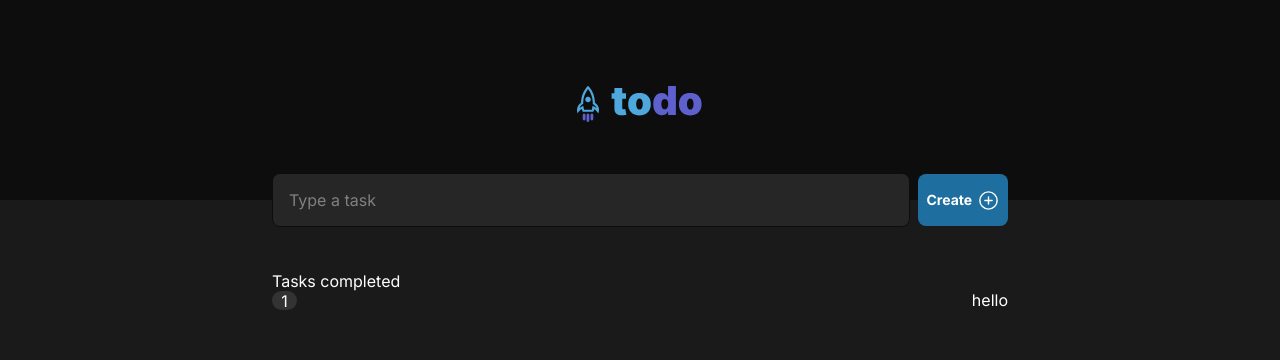
Repository: JoseGu1llardi/to-do-list-D01
Page: /
An editor plug-in stored every save of this project. The page is shown before and after the next save, followed by the edit.
The browser window is 1280 px wide. The pictures show the whole page.
The project was rebuilt for these pictures with package versions that can differ from the ones it lists, and the page was loaded fresh each time. Also part of the build but not shown: vite.config.ts.

Above is the page before, as saved 2023-03-11 14:22:37.

### index.html
<!DOCTYPE html>
<html lang="en">
  <head>
    <meta charset="UTF-8" />

    <link rel="preconnect" href="https://fonts.googleapis.com" />
    <link rel="preconnect" href="https://fonts.gstatic.com" crossorigin />

    <link
      href="https://fonts.googleapis.com/css2?family=Inter:wght@400;700&display=swap"
      rel="stylesheet"
    />

    <link rel="icon" type="image/svg+xml" href="/vite.svg" />
    <meta name="viewport" content="width=device-width, initial-scale=1.0" />
    <title>Vite + React + TS</title>
  </head>
  <body>
    <div id="root"></div>
    <script type="module" src="/src/main.tsx"></script>
  </body>
</html>

### src/App.tsx
import { Header } from "./components/Header"

import styles from './App.module.css';

import "./global.css"
import { Input } from "./components/Input";
import { Button } from "./components/Button";
import { Tasks } from "./components/Tasks";

function App() {
  return (
    <>
      <Header />

      <div className={styles.newTaskContainer}>
        <Input />
        <Button />
      </div>

      <div className={styles.tasksContainer}>
        <Tasks />
      </div>
    </>
  )
}

export default App

### src/components/Header/index.tsx
import Logo from '../../assets/Logo (1).svg'

import styles from './styles.module.css';

export function Header() {
    return (
        <header className={styles.container}>
            <img src={Logo} />
        </header>
    )
}

### src/App.module.css
.newTaskContainer {
  display: flex;
  flex-direction: row;
  align-items: center;
  padding: 0px;
  gap: 8px;

  position: absolute;
  width: 46rem;
  height: 3.375rem;
  left: calc(50% - 736px / 2);
  top: 10.8125rem;
}

.tasksContainer {
  display: flex;
  flex-direction: column;
  align-items: flex-start;
  padding: 0px;
  gap: 24px;

  position: absolute;
  width: 736px;
  height: 287px;
  left: calc(50% - 736px / 2);
  top: 291px;
}

### src/global.css
:root {
  // Base
  --gray-100: #f2f2f2;
  --gray-200: #d9d9d9;
  --gray-300: #808080;
  --gray-400: #333333;
  --gray-500: #262626;
  --gray-600: #1a1a1a;
  --gray-700: #0d0d0d;

  --danger: #e25858;

  // Product
  --purple: #8284fa;
  --dark-purple: #5e60ce;
  --blue: #4ea8de;
  --dark-blue: #1e6f9f;
}

* {
  margin: 0;
  padding: 0;
  box-sizing: border-box;
}

body {
  color: #fff;
  background: var(--gray-600);

  width: 100%;
  height: 100%;
  max-height: 1024px;
  position: relative;
}

body,
input,
textarea,
button {
  font-family: "Inter", sans-serif;
  font-weight: 400;
  font-size: 1rem;
}

### src/components/Input/index.tsx
import styles from './styles.module.css';

export function Input() {
    return (
        <input
            type="text"
            className={styles.input}
            placeholder='Type a task'
        />
    )
}

### src/components/Button/index.tsx
import { PlusCircle } from '@phosphor-icons/react'

import styles from './styles.module.css';

export function Button() {
    return (
        <button className={styles.button}>
            <span>Create</span>
            <PlusCircle size={23} />
        </button>
    )
}

### src/components/Tasks/index.tsx
import styles from './styles.module.css';

export function Tasks() {
    return (
        <>
            <div className={styles.info}>
                <div className={styles.created}>
                    <span>Tasks completed</span>
                    <span className={styles.counter}>1</span>
                </div>
                <div>hello</div>
            </div>
        </>
    )
}

### src/components/Header/styles.module.css
.container {
  position: absolute;
  height: 12.5rem;
  max-width: 100%;
  left: 0;
  right: 0;
  top: 0;

  display: flex;
  align-items: center;
  justify-content: center;

  background: var(--gray-700);
}

.container img {
  position: absolute;
  width: 7.875rem;
  height: 3rem;
}

### src/components/Input/styles.module.css
.input {
  box-sizing: border-box;

  display: flex;
  flex-direction: row;
  align-items: center;
  padding: 16px;
  gap: 8px;

  width: 638px;
  height: 54px;

  background: var(--gray-500);
  color: #fff;

  border: 1px solid var(--gray-700);
  border-radius: 8px;

  flex: none;
  order: 0;
  flex-grow: 1;
}

.input::placeholder {
  color: var(--gray-300);
}

### src/components/Button/styles.module.css
.button {
  width: 90px;
  height: 52px;

  display: flex;
  flex-direction: row;
  align-items: center;
  justify-content: center;
  gap: 16px;

  border: 0;
  border-radius: 8px;

  background: var(--dark-blue);
  color: white;
}

.button span {
  width: 34px;
  height: 20px;

  font-weight: 700;
  font-size: 14px;
  line-height: 140%;

  color: var(--gray-100);

  flex: none;
  order: 0;
  flex-grow: 0;
}

.button img {
  width: 16px;
  height: 16px;

  flex: none;
  order: 1;
  flex-grow: 0;
}

### src/components/Tasks/styles.module.css
.info {
  display: flex;
  flex-direction: row;
  justify-content: space-between;
  align-items: flex-end;
  padding: 0px;
  gap: 561px;

  width: 736px;
  height: 19px;

  flex: none;
  order: 0;
  align-self: stretch;
  flex-grow: 0;
}

.counter {
  display: flex;
  flex-direction: column;
  justify-content: center;
  align-items: center;
  padding: 2px 8px;
  gap: 10px;

  width: 25px;
  height: 19px;

  background: #333333;
  border-radius: 999px;

  flex: none;
  order: 1;
  flex-grow: 0;
}

Loaded but not shown: src/main.tsx (common file)

After the next save:
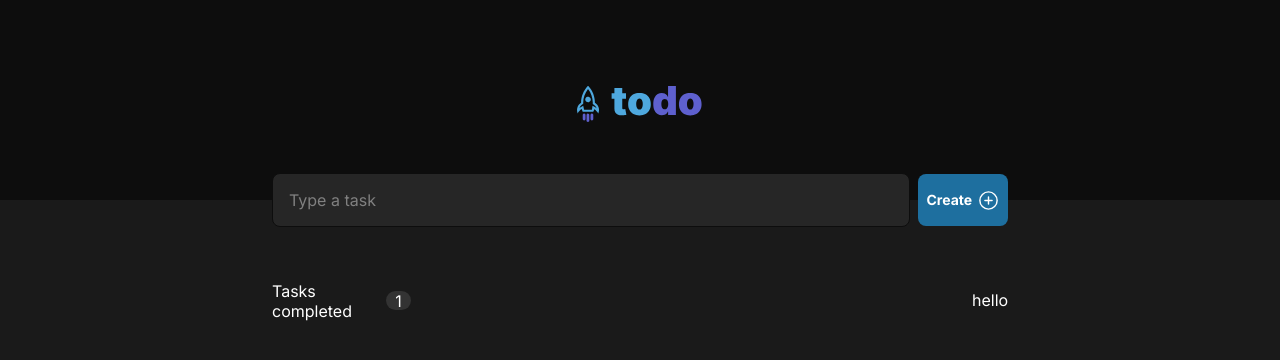
Saved 27 s later.
--- a/src/components/Tasks/styles.module.css
+++ b/src/components/Tasks/styles.module.css
@@ -12,6 +12,23 @@
   flex: none;
   order: 0;
   align-self: stretch;
+  flex-grow: 0;
+}
+
+.created {
+  display: flex;
+  flex-direction: row;
+  align-items: center;
+  padding: 0px;
+  gap: 8px;
+
+  width: 139px;
+  height: 19px;
+
+  /* Inside auto layout */
+
+  flex: none;
+  order: 0;
   flex-grow: 0;
 }
 
